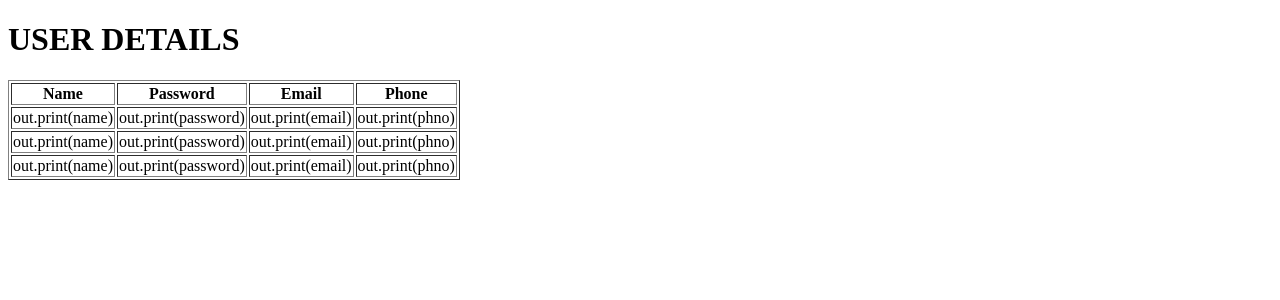
Repository: nikhilbad7/jsp-practicals
Page: http://localhost/classwork/Exp10.jsp
These files come from the project's save history. The page is drawn as it stood at one moment and after the next save; the edit follows.
The browser window is 1280 px wide. The pictures show the whole page.
The page is served by Tomcat 9. The database holds what the project's SQL file puts in it.

Above is the page before, as saved 2018-04-09 20:05:15.

### classwork/WebContent/Exp10.jsp
<!DOCTYPE HTML PUBLIC "-//W3C//DTD HTML 4.01 Transitional//EN"
"http://www.w3.org/TR/html4/loose.dtd">
<%@ page import="java.sql.*" %>
<%@ page import="java.io.*" %>
<html>
<head>
<title>Connection with mysql database</title>
</head>
<body>
<h1>USER DETAILS </h1>
<%
try {
/* Create string of connection url within specified format with machine name,
port number and database name. Here machine name id localhost and database name
is usermaster. */
//String connectionURL = "jdbc:mysql://localhost:3306/usermaster";
// declare a connection by using Connection interface
//Connection connection = null;
// Load JBBC driver "com.mysql.jdbc.Driver".
Class.forName("com.mysql.jdbc.Driver");
/* Create a connection by using getConnection() method that takes parameters of
string type connection url, user name and password to connect to database. */
Connection con=(Connection) DriverManager.getConnection("jdbc:mysql://localhost:3306/userservlet","root","");
// check weather connection is established or not by isClosed() method
Statement stmt=(Statement) con.createStatement();
String q = "select * from userdetails";
ResultSet rs=(ResultSet) stmt.executeQuery(q);
stmt = (Statement) con.createStatement();
rs= (ResultSet) stmt.executeQuery(q);
%>
<table border=1>
<tr>
	<th>Name</th>
	<th>Password</th>
	<th>Email</th>
	<th>Phone</th>
</tr> <%
while(rs.next()){
	String name = rs.getString("name");
	String password = rs.getString("password");
	String email = rs.getString("email");
	String phno = rs.getString("phone");
	%>
	<tr>
		<td>out.print(name)</td>
		<td>out.print(password)</td>
		<td>out.print(email)</td>
		<td>out.print(phno)</td></tr>
		<%
}
%>
</table>
<%
con.close();
}
catch(Exception ex){
ex.printStackTrace();
}
%>

</body>
</html>

### classwork/database/userservlet.sql (the tables this page reads)
CREATE TABLE `userdetails` (
  `name` varchar(255) NOT NULL,
  `password` varchar(255) NOT NULL,
  `email` varchar(500) NOT NULL,
  `phone` varchar(50) NOT NULL
) ENGINE=InnoDB DEFAULT CHARSET=latin1;

INSERT INTO `userdetails` (`name`, `password`, `email`, `phone`) VALUES
('nikhil', 'ckhfkj', 'nikhil.badani@gmail.com', '9871293190'),
('Nitesh', '1234', 'nitesh@gmail.com', '198409100'),
('Rahul', 'rk9992', 'rahul.yo@gmail.com', '9091813893');

After the next save:
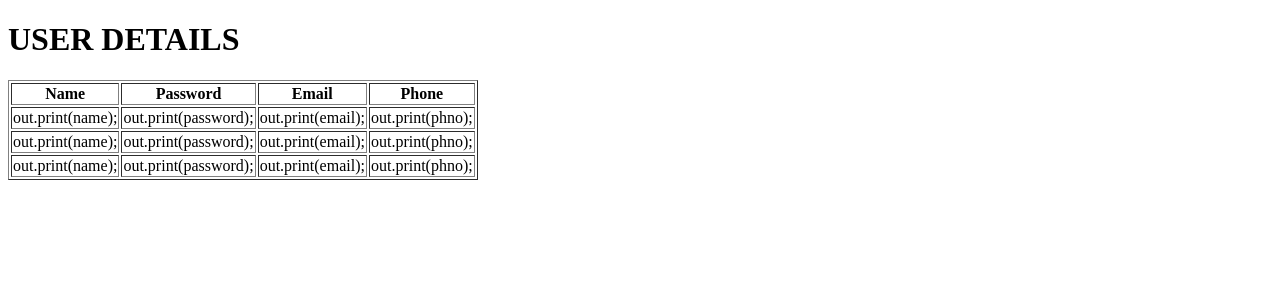
Saved 18 s later.
--- a/classwork/WebContent/Exp10.jsp
+++ b/classwork/WebContent/Exp10.jsp
@@ -42,10 +42,10 @@ while(rs.next()){
 	String phno = rs.getString("phone");
 	%>
 	<tr>
-		<td>out.print(name)</td>
-		<td>out.print(password)</td>
-		<td>out.print(email)</td>
-		<td>out.print(phno)</td></tr>
+		<td>out.print(name);</td>
+		<td>out.print(password);</td>
+		<td>out.print(email);</td>
+		<td>out.print(phno);</td></tr>
 		<%
 }
 %>
